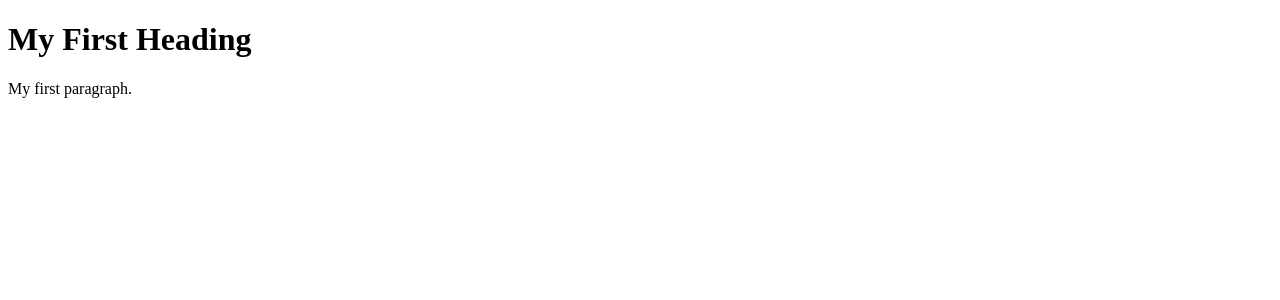
Repository: Peng-uin/Peng-uin.github.io
Page: project1.html
The author's editor kept a record of every edit. The page is drawn from the files as they stood at one moment, then again after the next edit.
The browser window is 1280 px wide. The pictures show the whole page.

Above is the page before.

After the next edit:
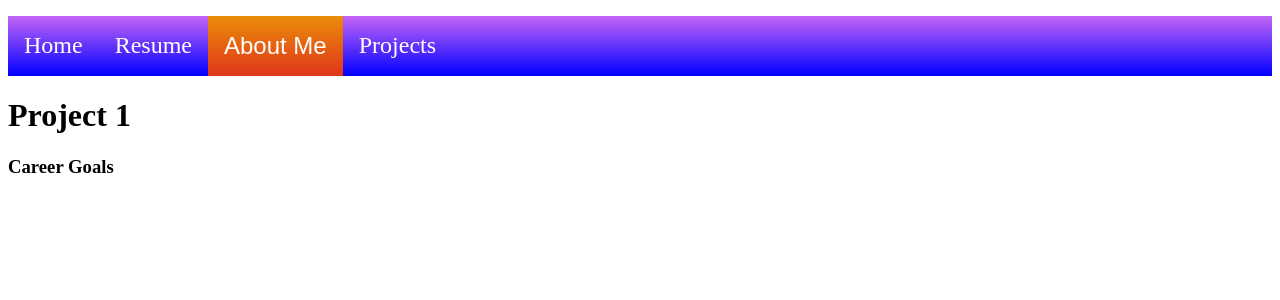
The edit:
--- a/project1.html
+++ b/project1.html
@@ -1,12 +1,28 @@
 <!DOCTYPE html>
 <html>
     <head>
-        <title>Project 1</title>
+        <title>Page Title</title>
+        <link rel="stylesheet" type="text/css" href="style.css">
     </head>
-<body>
+    <body>
 
-<h1>My First Heading</h1>
-<p>My first paragraph.</p>
+        <ul class="navbar">
+            <li><a href="index.html">Home</a></li>
+            <li><a href="resume.html">Resume</a></li>
+            <li class="active"><a href="aboutme.html">About Me</a></li>
+            <li class="dropdown">
+                <div>Projects</div>
+                <ul class="dropdown-content">
+                    <li><a href="project1.html">Project1</a></li>
+                     <li><a href="project2.html">Project2</a></li>
+                      <li><a href="project3.html">Project3</a></li>
+                </ul>
 
-</body>
+            </li>
+        </ul>
+        <h1>Project 1</h1>
+        <font-size=12px;>
+        <h3>Career Goals</h3>
+        <p> </p>
+    </body>
 </html>
